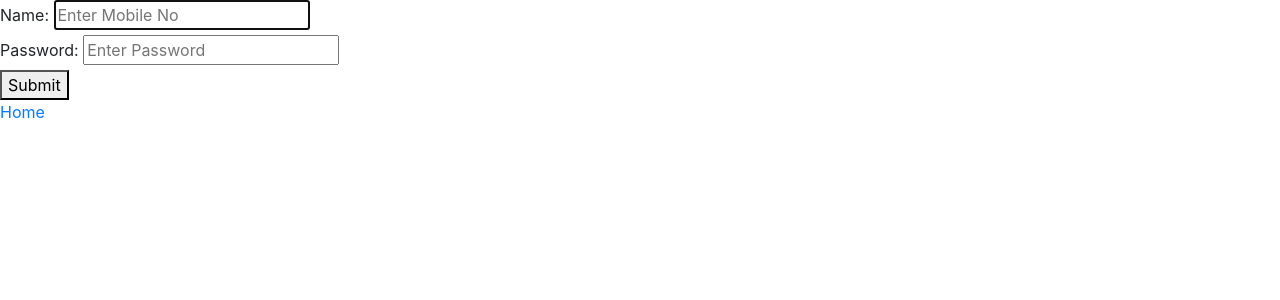
Repository: SHARMILAG97/WebApplication
Page: http://localhost/waterplant_web/userlogin.jsp
These files come from the project's save history. The page is drawn as it stood at one moment and after the next save; the edit follows.
The browser window is 1280 px wide. The pictures show the whole page.
The page is served by Tomcat 9. Other server files are loaded and not shown.

Above is the page before, as saved 2019-09-12 16:38:54.
Console error: TypeError: Cannot read properties of undefined (reading 'fn')

### waterplant_web/src/main/webapp/userlogin.jsp
<%@ page language="java" contentType="text/html; charset=ISO-8859-1"
    pageEncoding="ISO-8859-1"%>
<!DOCTYPE html>
<html>
<head>
<meta charset="ISO-8859-1">
<title>AdminLogin</title>
<link rel="stylesheet" href="css/bootstrap.min.css">
<script src="js/bootstrap.min.js"></script>
</head>
<body>
<form >
<label>Name:</label>
<input type="text" name="mobileno" id="mobileno" placeholder="Enter Mobile No" required autofocus/>
<br/>

<label>Password:</label>
<input type="password" name="password" id="password" placeholder="Enter Password" required />
<br/>
<button type="submit">Submit</button>
</form>
<a href="index.jsp">Home</a>
</body>
</html>

Loaded but not shown: waterplant_web/src/main/webapp/css/bootstrap.min.css (library); waterplant_web/src/main/webapp/js/bootstrap.min.js (library)

After the next save:
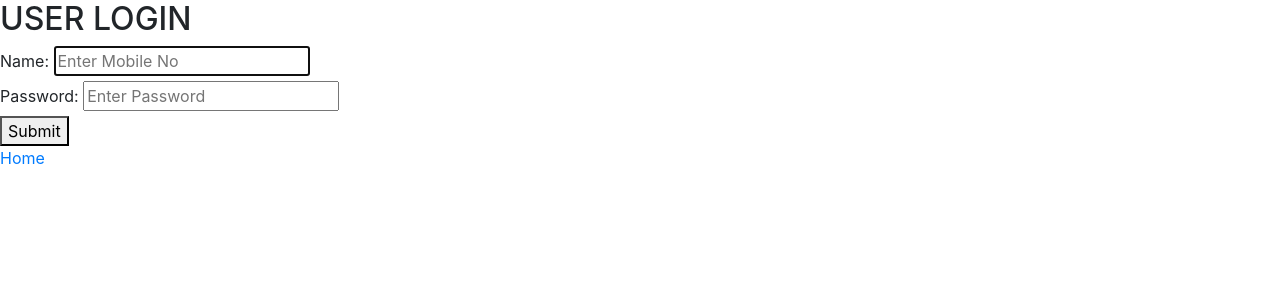
Saved 69 s later.
--- a/waterplant_web/src/main/webapp/userlogin.jsp
+++ b/waterplant_web/src/main/webapp/userlogin.jsp
@@ -4,11 +4,12 @@
 <html>
 <head>
 <meta charset="ISO-8859-1">
-<title>AdminLogin</title>
+<title>UserLogin</title>
 <link rel="stylesheet" href="css/bootstrap.min.css">
 <script src="js/bootstrap.min.js"></script>
 </head>
 <body>
+<h2>USER LOGIN</h2>
 <form >
 <label>Name:</label>
 <input type="text" name="mobileno" id="mobileno" placeholder="Enter Mobile No" required autofocus/>
